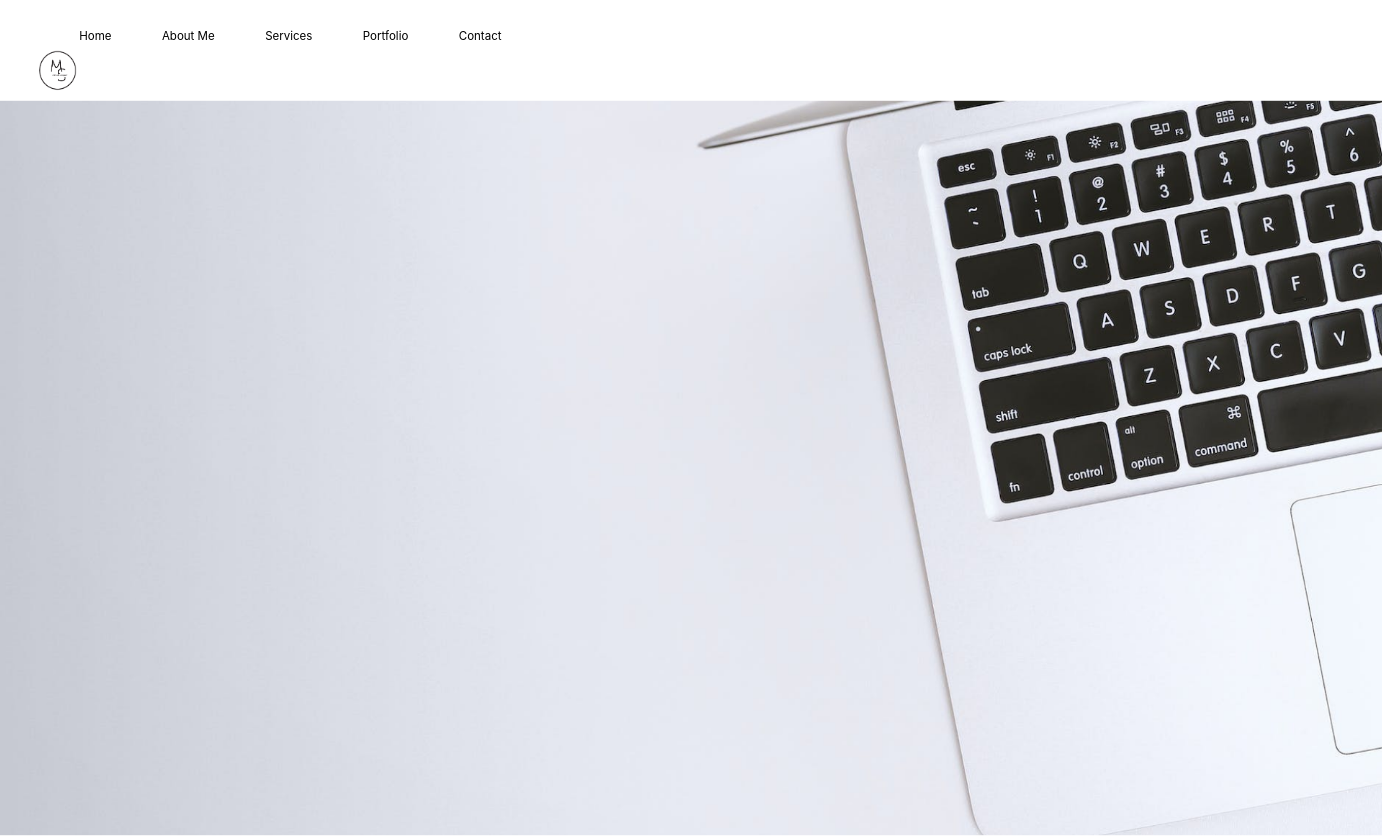
Repository: MEROO1010/Portfolio-2
Page: /
The author's editor kept a copy of each file at every save. The page is drawn from the files as they stood at one save, then again after the next save.
The browser window is 1280 px wide. The page is 1920 px wide, so the pictures cover 1920 px, including what lies to the right of the window. The pictures show the whole page, at 72% of full size.
The project was rebuilt for these pictures with package versions that can differ from the ones it lists, and the page was loaded fresh each time.

Above is the page before, as saved 2023-12-14 13:53:26.

### src/App.js
import './App.css';
import Home from './components/Home';
import Navbar from './components/Navbar';

function App() {
  return (
    <div className="App">
     <Navbar/>
     <Home/>
    </div>
  );
}

export default App;

### src/components/Home.js
import React from 'react'
import HomeImage from "../images/header background.png";
import styled from "styled-components"


const Home = () => {
  return (
    <Container>
        <img src={HomeImage}alt=""/>
    </Container>
  )
}

const Container = styled.div`
 width: 100%;
`

export default Home

### src/components/Navbar.js
import React from 'react'
import styled from "styled-components"
import MYLOGO from "../images/white logo.png";

const Navbar = () => {
  return (
    <Container>
       <ul>
          <li>Home</li>
          <li>About Me</li>
          <li>Services</li>
          <li>Portfolio</li>
          <li>Contact</li>
       </ul>

       <Logo>
       <img src={MYLOGO}alt=""/>
       </Logo>
    </Container>
  )
}


const Container = styled.div `
  padding-top:40px;
  background-color:white;
  ul{
   list-style-type: none;
  margin: 0;
  padding: 10;
  top: 20px;
  overflow: hidden;
  }

  li {
    position:sticky;
    justifyContent: flex-end;
    display: flex;
    right:100px;
  float: left;
  padding-left: 20px;
  margin-left:50px;


}
li a {
  display: block;
  color: white;
  text-align: center;
  padding: 16px;
  text-decoration: none;
}

li a:hover {
  background-color: #111111;
}
`

const Logo = styled.div `
 img{
 width:80px;
 height:80px;
 float: left;
 margin-left:40px;


 }
`

export default Navbar

Loaded but not shown: public/index.html (common file); src/index.js (common file); src/index.css (common file); src/reportWebVitals.js (common file); src/App.css (common file)

After the next save:
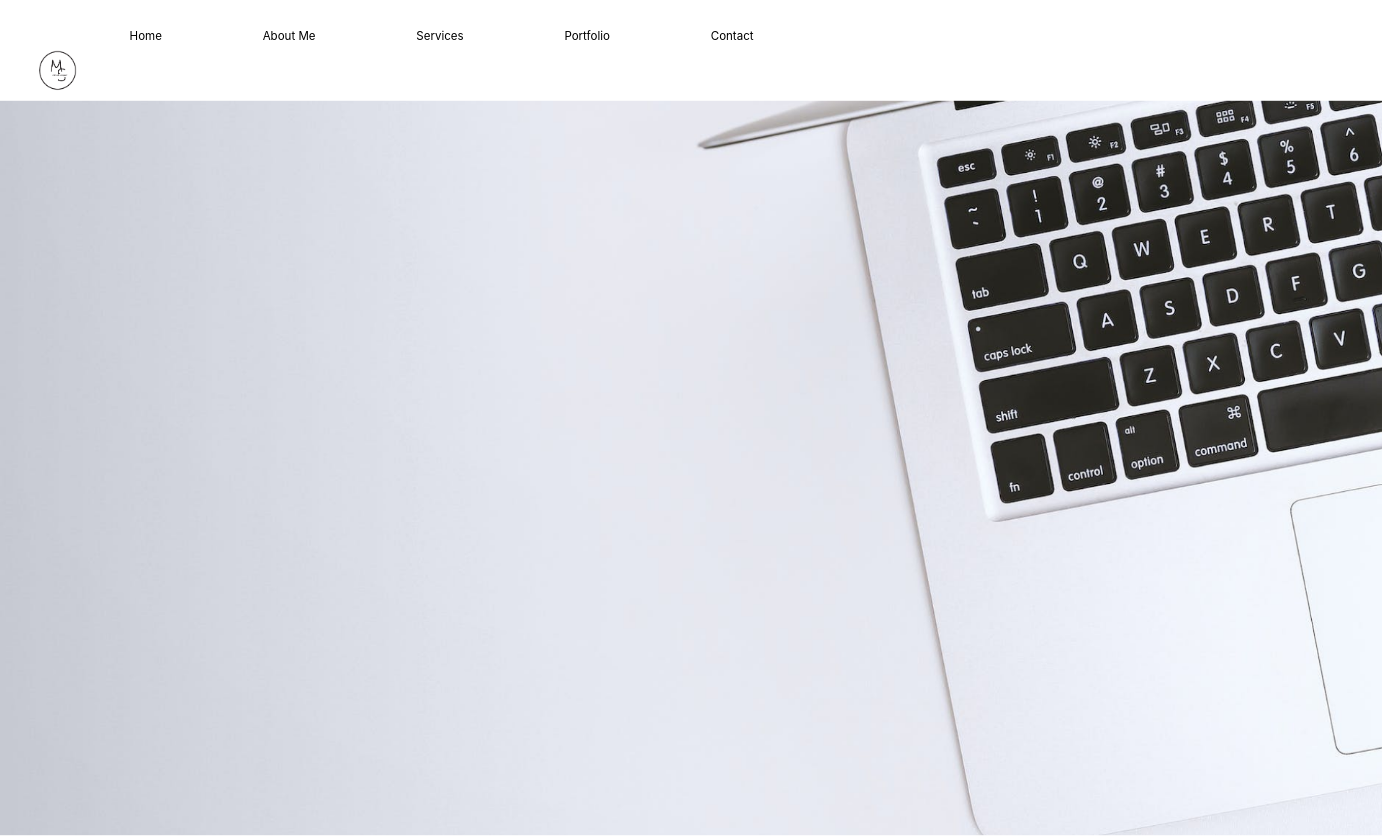
Saved 4 s later.
--- a/src/components/Navbar.js
+++ b/src/components/Navbar.js
@@ -39,7 +39,7 @@ const Container = styled.div `
     right:100px;
   float: left;
   padding-left: 20px;
-  margin-left:50px;
+  margin-left:120px;
 
 
 }
